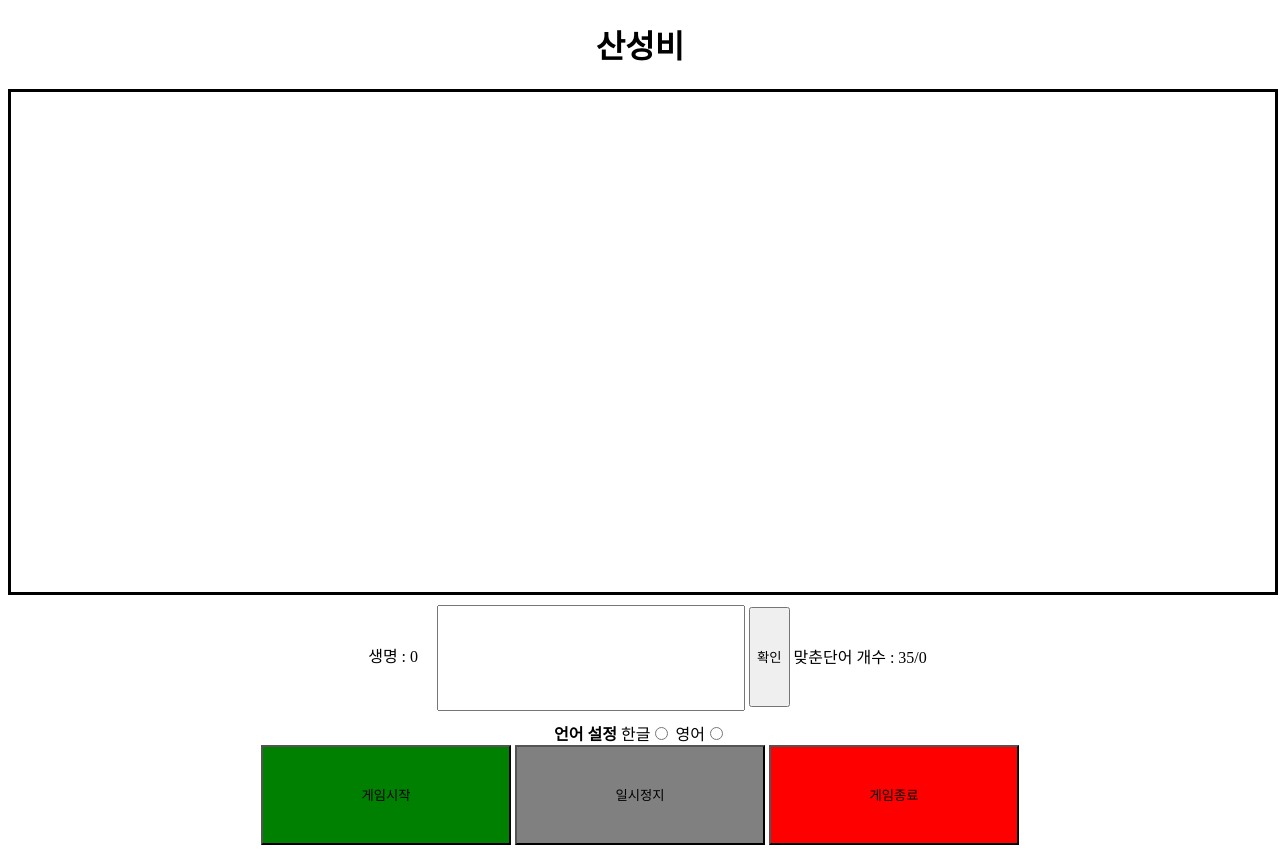
Repository: yuj1818/Hustar_JavaScript
Page: edu/edu/view/js_edu/sanseongbee.html
These files come from the project's save history. The page is drawn as it stood at one moment and after the next save; the edit follows.
The browser window is 1280 px wide. The pictures show the whole page.

Above is the page before, as saved 2022-06-02 04:50:04.

After the next save:
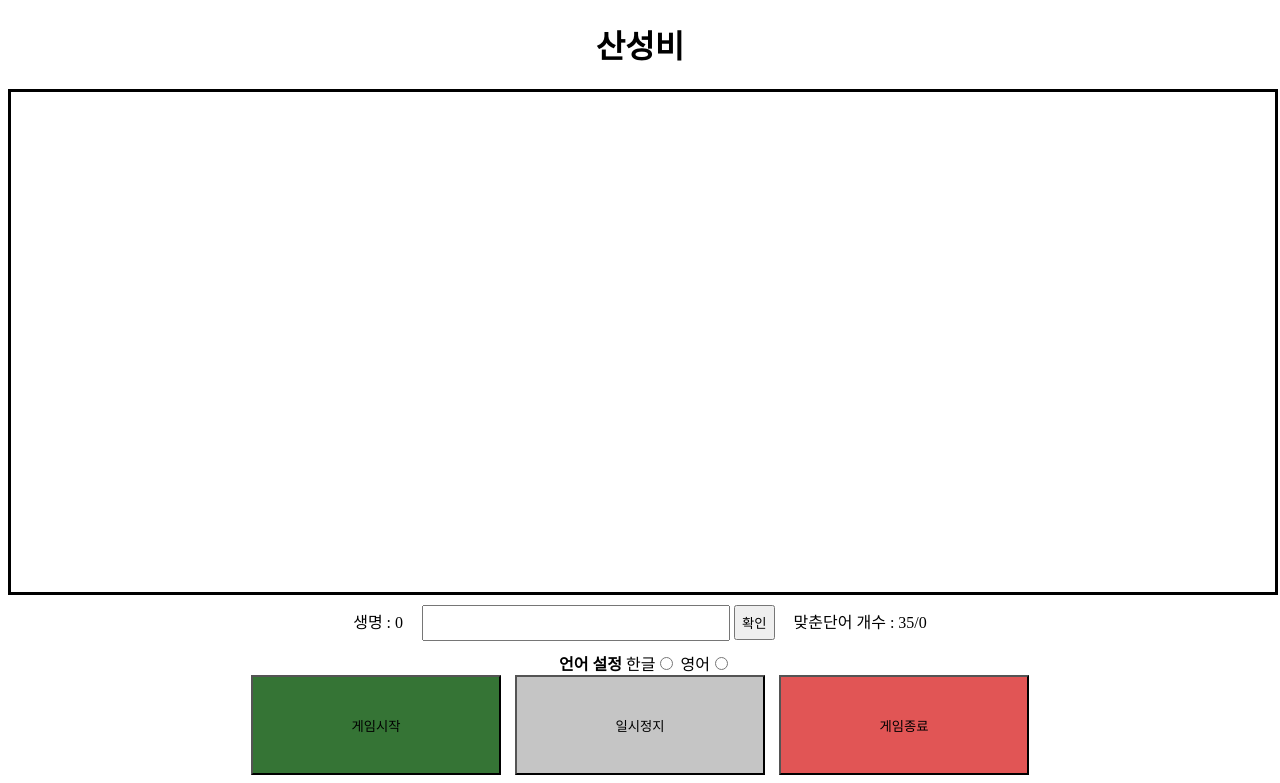
Saved 7 min 21 s later.
--- a/edu/edu/view/js_edu/sanseongbee.html
+++ b/edu/edu/view/js_edu/sanseongbee.html
@@ -12,28 +12,31 @@
 
 			input#answer {
 				width: 300px;
-				height: 100px;
+				height: 30px;
 			}
 
 			button#answer_submit {
-				height:  100px;
+				height:  35px;
 			}
 
 			.game_management_btn {
 				width: 250px;
 				height: 100px;
+				/* top right botton left*/
+				margin: 0px 5px;
+				/*margin 값이 2개만 있으면 앞에 거는 위아래, 뒤에 거는 양쪽으로 해석*/
 			}
 
 			.background_red {
-				background-color: red;
+				background-color: #e15555;
 			}
 
 			.background_green {
-				background-color: green;
+				background-color: #357435;
 			}
 
 			.background_gray {
-				background-color: gray;
+				background-color: #c5c5c5;
 			}
 
 			.text_center {
@@ -47,11 +50,11 @@
 		<div class="game_main"></div>
 
 		<div class="text_center" style="margin-top: 10px">
-			<span style="margin-left: 15px;">
+			<span style="margin-right: 15px;">
 				생명 : 0
 			</span>
 
-			<span style="margin-left: 15px;">
+			<span style="margin-right: 15px;">
 				<input id="answer" type="text"/>
 				<button id="answer_submit">확인</button>
 			</span>
@@ -62,7 +65,7 @@
 		</div>
 
 		<div class="text_center" style="margin-top: 10px;">
-			<span style="font-weight: bold">언어 설정</span>
+			<span style="font-weight: bold; margin-left: 10px;">언어 설정</span>
 			<label for="korean">한글</label><input id="korean" name="lan_type" type="radio"/>
 			<label for="english">영어</label><input id="english" name="lan_type" type="radio"/>
 		</div>
